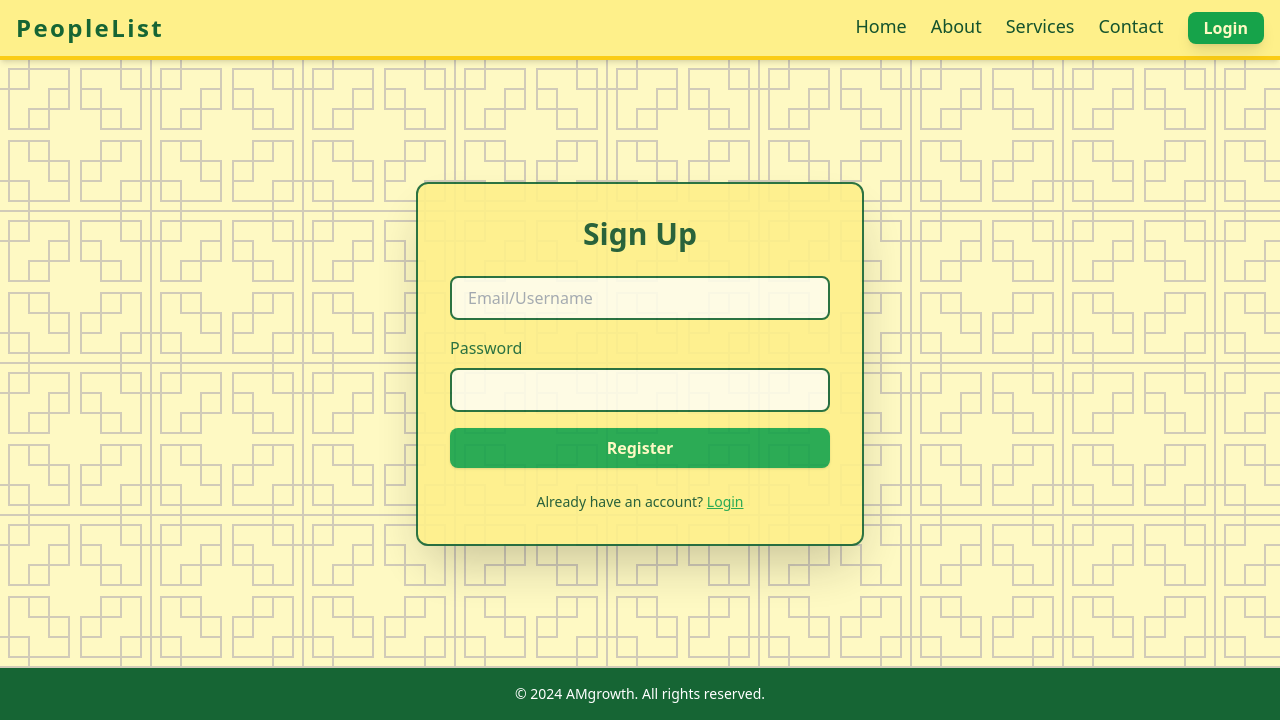
Repository: ArievfRahman-Dev/Mini-Project-II
Page: /regist (app in miniproject2/)
These files come from the project's save history. The page is drawn as it stood at one moment and after the next save; the edit follows.
The browser window is 1280 px wide. The pictures show the whole page.
The project was rebuilt for these pictures with package versions that can differ from the ones it lists, and the page was loaded fresh each time. Also part of the build but not shown: miniproject2/vite.config.js, miniproject2/src/pages/HomePage/index.jsx, miniproject2/src/pages/DetailUser/index.jsx, miniproject2/src/pages/LoginPage/index.jsx, miniproject2/src/routes/ProtectedRoute.jsx.

Above is the page before, as saved 2024-12-24 09:02:39.

After the next save:
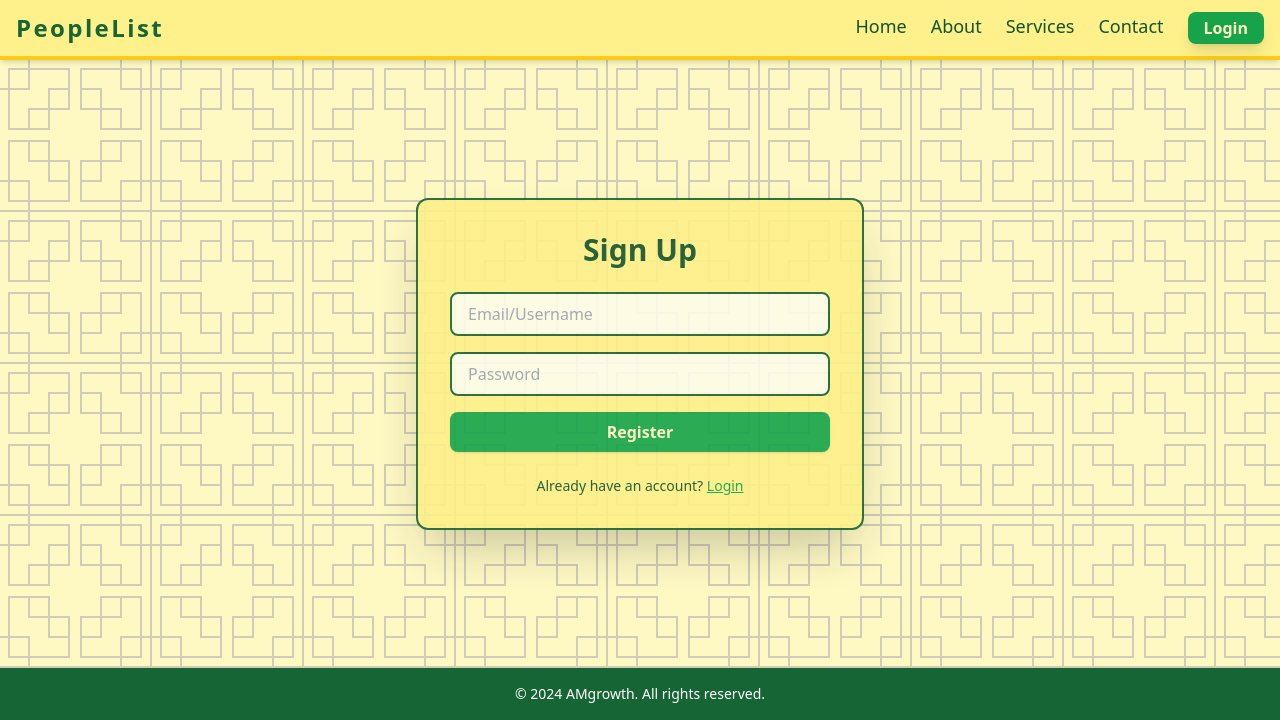
Saved 19 s later.
--- a/miniproject2/src/pages/RegisterPages/index.jsx
+++ b/miniproject2/src/pages/RegisterPages/index.jsx
@@ -64,10 +64,9 @@ export const RegisterPage = () => {
               <label
                 htmlFor="password"
                 className="block mb-2 font-medium text-green-800 retro-font"
-              >
-                Password
-              </label>
+              ></label>
               <input
+                placeholder="Password"
                 type="password"
                 name="password"
                 onChange={handleChange}
